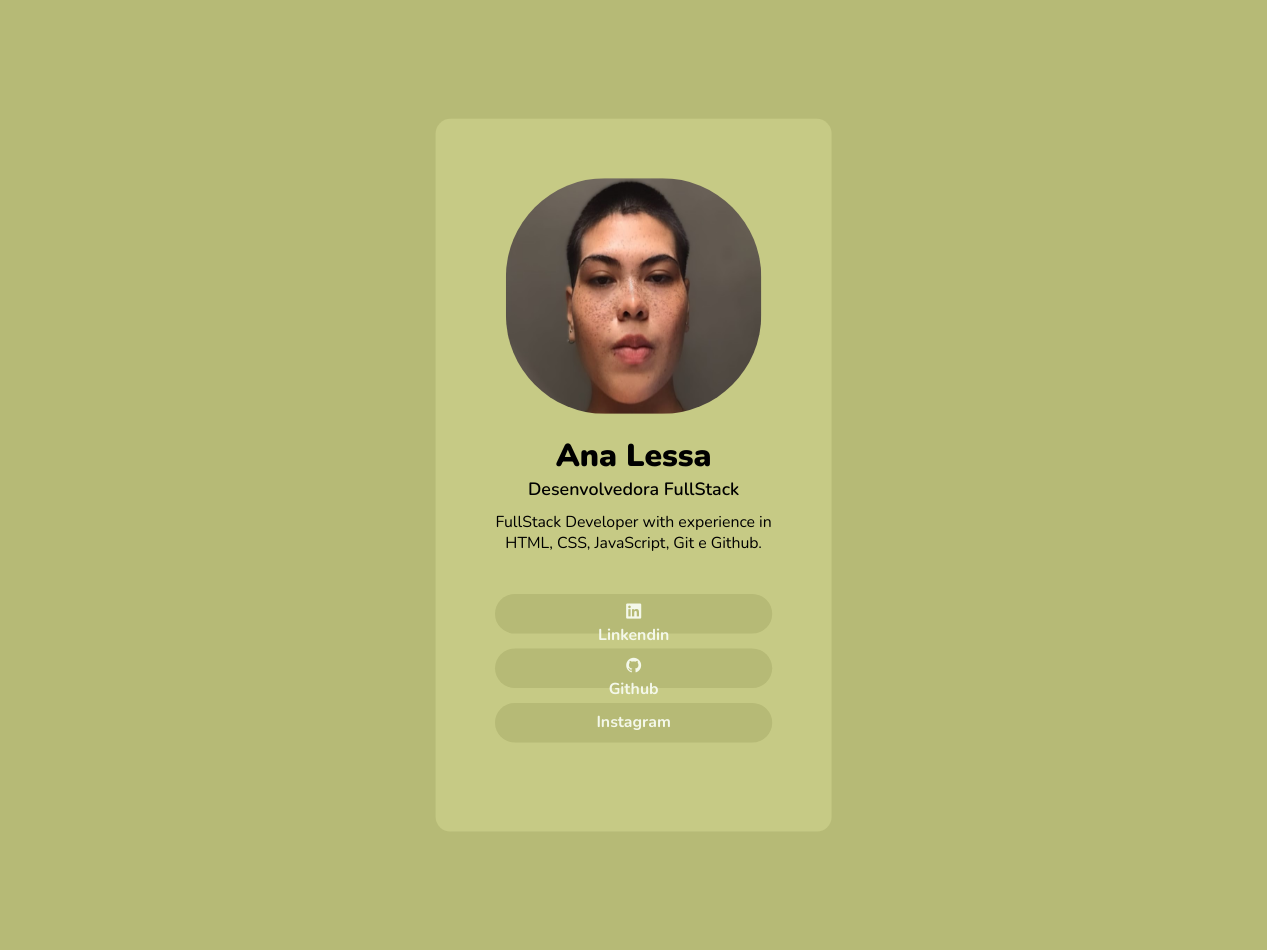
Repository: analessp/linktree
Page: index.html
The author's editor kept a copy of each file at every save. The page is drawn from the files as they stood at one save, then again after the next save.
The browser window is 1280 px wide. The pictures show the whole page, at 99% of full size.

Above is the page before, as saved 2025-04-11 10:41:11.

After the next save:
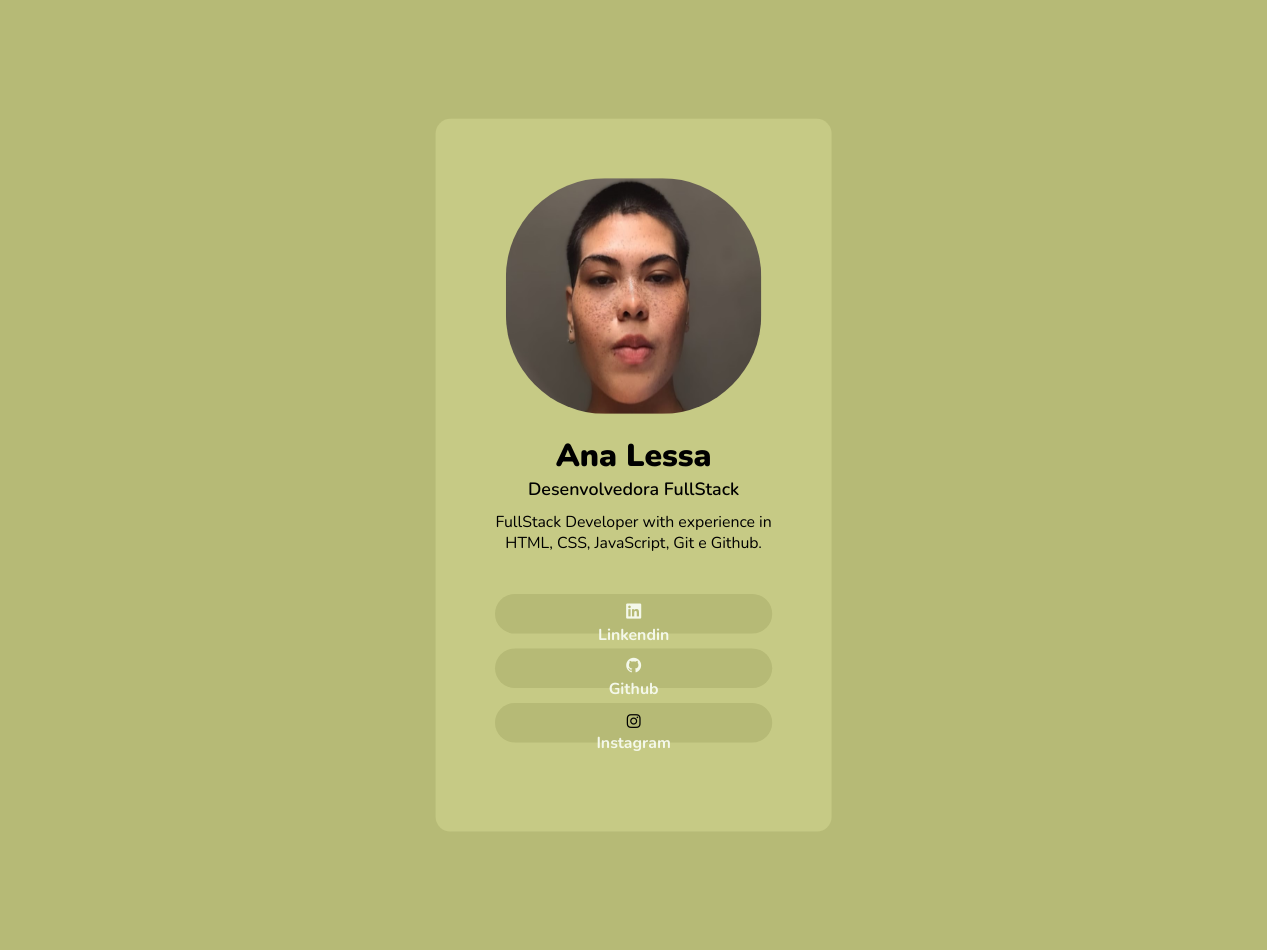
Saved 74 s later.
--- a/index.html
+++ b/index.html
@@ -37,7 +37,7 @@
             </li></a>
             <a href="https://www.instagram.com/analessp/" target="_blank">
             <li>
-
+                <i class="fa-brands fa-instagram" style="color: #000000;"></i>
             <p>Instagram</p>
             </li></a>
         </ul>
